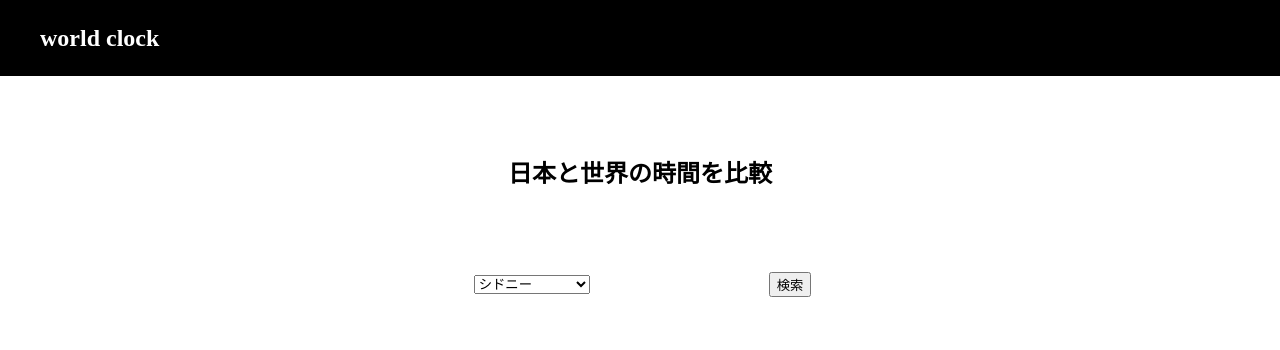
Repository: kay4300/php05-test
Page: http://localhost/
The author's editor kept a copy of each file at every save. The page is drawn from the files as they stood at one save, then again after a run of saves.
The browser window is 1280 px wide. The pictures show the whole page.
The page is run by PHP 8.4 with error messages shown; the project is at /var/www/html/.

Above is the page before, as saved 2025-08-15 13:38:02.

After the next 3 saves:
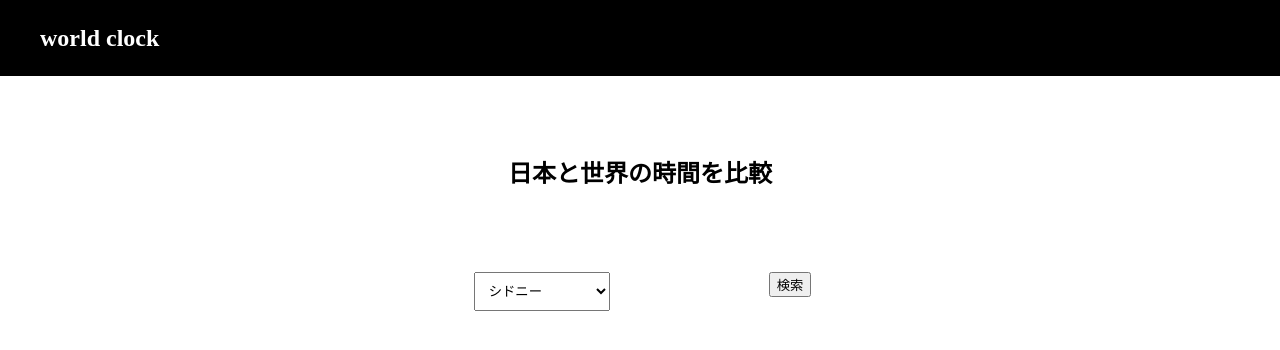
The 3 saves are shown as one change because they came seconds apart.
The last was saved 10 s later.
--- a/src/php02/css/index.css
+++ b/src/php02/css/index.css
@@ -19,5 +19,6 @@
 }
 
 .search-form_item-select {
-    padding: ;
+    padding: 10px;
+    width: 100;
 }
